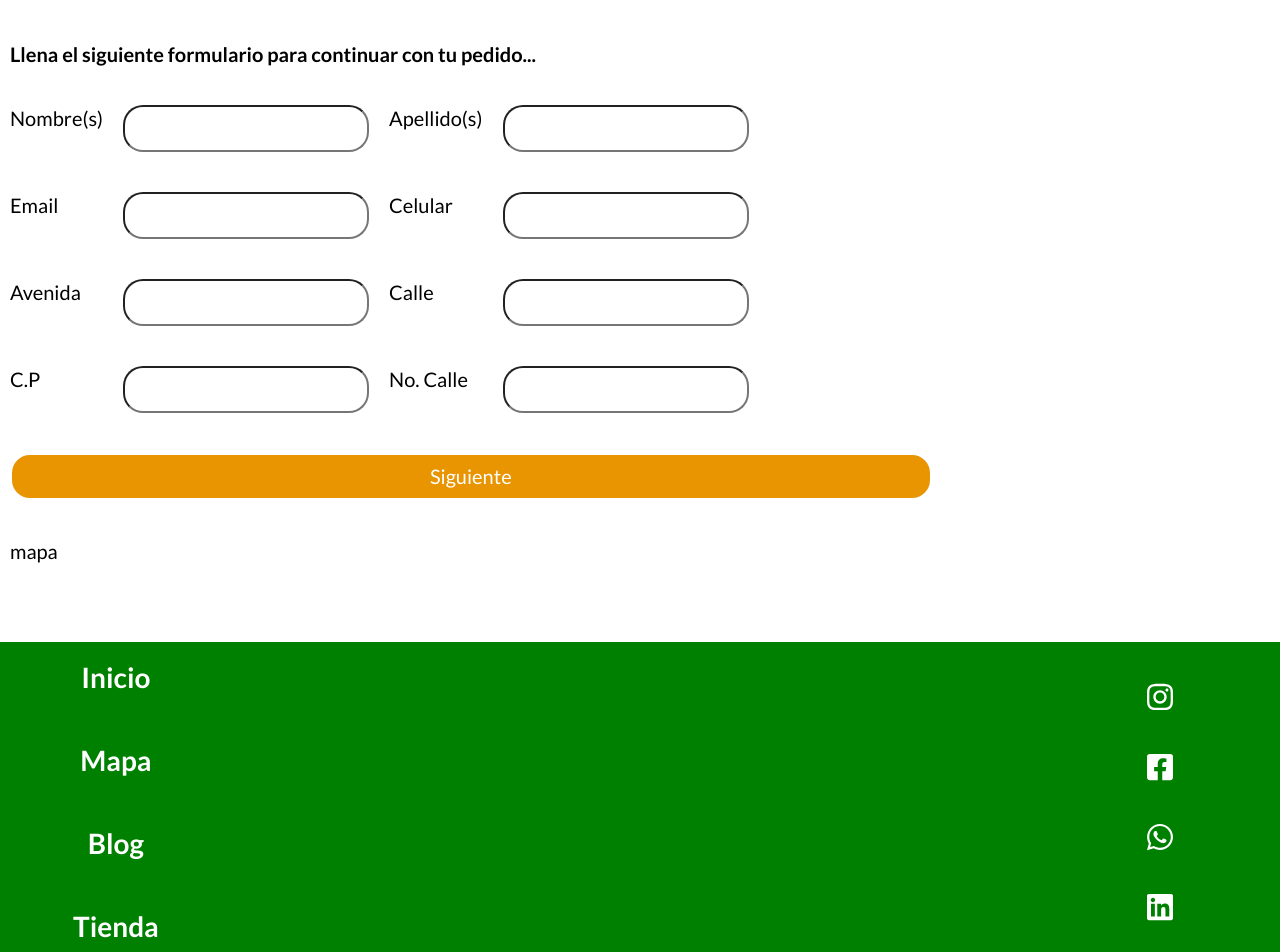
Repository: CarlosCamposRodriguez99/cv-beta-frontend
Page: /mapa
These files come from the project's save history. The page is drawn as it stood at one moment and after the next save; the edit follows.
The browser window is 1280 px wide. The pictures show the part of the page from y = 360 to 1312 px (the page is 1322 px tall).
Some web fonts or font styles are not loaded; a fallback is used. The project was rebuilt for these pictures with package versions that can differ from the ones it lists, and the page was loaded fresh each time. The framework's server and built-in components were replaced by stand-ins that run in the browser. Also part of the build but not shown: next.config.js.

Above is the page before, as saved 2022-05-06 18:29:47.

### pages/_app.js
import { useState, useEffect } from 'react';
import '../styles/normalize.css';
import '../styles/globals.css';

function MyApp({ Component, pageProps }) {

  const [carrito, setCarrito] = useState([]);

  useEffect(() => {
    const carritoLS = JSON.parse(localStorage.getItem('carrito')) ?? [];
    setCarrito(carritoLS);

  }, [])

  useEffect(() => {
    localStorage.setItem("carrito", JSON.stringify(carrito));

  }, [carrito])

  const agregarCarrito = (producto) => {
    if(carrito.some((articulo) => articulo.id === producto.id)) {
      const carritoActualizado = carrito.map( articulo => {
        if(articulo.id === producto.id) {
          articulo.cantidad = producto.cantidad
        }
        return articulo;
      });

      setCarrito(carritoActualizado);
    } else {
      setCarrito([...carrito, producto]);
    }
  };

  const actualizarCantidad = (producto) => {
    const carritoActualizado = carrito.map((articulo) => {
      if(articulo.id === producto.id) {
        articulo.cantidad = producto.cantidad
      }
      return articulo;
    });

    setCarrito(carritoActualizado);
  };

  const eliminarProducto = id => {
    const carritoActualizado = carrito.filter( articulo => articulo.id !== id)
    setCarrito(carritoActualizado);
  }


  return <Component {...pageProps}
    carrito={carrito}
    agregarCarrito={agregarCarrito}
    actualizarCantidad={actualizarCantidad}
    eliminarProducto={eliminarProducto}

  />
}

export default MyApp

### pages/mapa.js
import Layout from '../components/Layout';
import styles from '../styles/Mapa.module.css';

const Mapa = () => {
  return (
    <Layout
      pagina='Mapa'
    >
      <div className={styles.head}>
        <h2 className={styles.titulo}>Formulario</h2>
        <p className={styles.descripcion}>Llena el siguiente formulario para continuar con tu pedido...</p>
        <form>
          <div className={styles.contenido}>
            <label
              className="block uppercase text-slate-800 font-bold text-xl"
              htmlFor="nombre"
            >Nombre(s) </label>

              <input
                type="text"
                id="nombre"
                className={styles.borde}
              />

            <label
              className="block uppercase text-slate-800 font-bold text-xl"
              htmlFor="apellido"
            >Apellido(s) </label>

              <input
                type="text"
                id="apellido"
                className={styles.borde}
              />

            <label
              className="block uppercase text-slate-800 font-bold text-xl"
              htmlFor="email"
            >Email </label>

              <input
                type="text"
                id="email"
                className={styles.borde}
              />

            <label
              className="block uppercase text-slate-600 font-bold text-xl"
              htmlFor="celular"
            >Celular </label>

              <input
                type="text"
                id="celular"
                className={styles.borde}
              />

            <label
              className="block uppercase text-slate-600 font-bold text-xl"
              htmlFor="avenida"
            >Avenida</label>

              <input
                type="text"
                id="avenida"
                className={styles.borde}
              />

            <label
              className="block uppercase text-slate-600 font-bold text-xl"
              htmlFor="calle"
            >Calle </label>

              <input
                type="text"
                id="calle"
                className={styles.borde}
              />

            <label
              className="block uppercase text-slate-600 font-bold text-xl"
              htmlFor="codigoPostal"
            >C.P </label>

              <input
                type="text"
                id="codigoPostal"
                className={styles.borde}
              />

            <label
              className="block uppercase text-slate-600 font-bold text-xl"
              htmlFor="numeroCalle"
            >No. Calle </label>

              <input
                type="text"
                id="numeroCalle"
                className={styles.borde}
              />
          </div>
        </form>


        <div className={styles.campo}>
          <input
            value="Siguiente"
            className={styles.boton}
            type="submit"

          />
        </div>
      </div>

      <div className={styles.head}>
        <div className={styles.contenido}>
          <p>mapa</p>
        </div>

      </div>



    </Layout>


  )
}

export default Mapa;


// css-border: en input: "bg-gray-200 w-full lg:w-1/3 mt-3 p-2 rounded-md"

### styles/globals.css
@import url('https://fonts.googleapis.com/css2?family=Lato:ital,wght@0,700;1,400&family=Roboto+Slab:wght@400;700&display=swap');
@import url('https://fonts.googleapis.com/css2?family=Lato:wght@400;700;900&family=Libre+Bodoni:ital,wght@1,600;1,700&display=swap');

:root {
  --primary: #e99401;
  --negro: #262626;
  --verde: #008000;
  --blanco: #FFF;
  --fuente-principal: 'Outfit', sans-serif;
}
html {
  font-size: 62.5%;
  box-sizing: border-box;
}

@media(max-width:1200px) {
  html {
    display: flex;
    flex: 1;
  }
}
/*IPAD*/
@media(max-width:820px) {
  .html {
    display: flex;
  }
}
/*IPHONE 7 8 */
@media(min-width:300px) {
  .html {
    display: flex;
    flex: 1;
  }
}

*, *:before, *:after {
  box-sizing: inherit;
}
body {
  font-size: 2rem;
  font-family: 'Lato', sans-serif;
  line-height: 1.1;
}
img {
  max-width: 100%;
}
h1, h2, h3 {
  font-family: 'Lato', sans-serif;
  font-weight: 700;
}
[class*="contenedor"] {
  max-width: 120rem;
  margin: 0 auto;
  width: 90%;
}


[class*="heading"] {
  font-family: 'Libre Bodoni', serif; /* */
  font-size: 4rem;
  text-align: center;
  font-weight: 900;
  color: var(--primary);
  margin: 5rem 0;
}

### components/Layout.js
import Head from 'next/head'
import Header from './Header';
import Footer from './Footer';

const Layout = ({children, pagina, guitarra}) => {
  return (
    <div>
      <Head>
        <title>Plantas Tienda- {pagina}</title>
        <meta name="description" content="Sitio web de venta de plantas"/>
      </Head>

      <Header
        guitarra={guitarra}
      />

      {children}

      <Footer />

    </div>
  )
}

Layout.defaultProps = {
  guitarra: null
}

export default Layout;

### styles/Mapa.module.css
.titulo {
  font-family: 'Libre Bodoni', serif; /* */
  font-size: 4rem;
  text-align: center;
  font-weight: 900;
  color: var(--primary);
  margin: 5rem 0;
}

.descripcion {
  font-size: 2rem;
  font-weight: 700;
}

@media(min-width: 300px) {
  .descripcion {
    text-align: left;
  }
}

@media(min-width: 1200px) {
  .descripcion {
    text-align: left;
  }
}

.head {
  max-width: 120rem;
  margin: 2rem 2rem 0 1rem;
  width: 90%;
  display: grid;
}

.campo {
  width: 50%;
}

@media(min-width: 300px) {
  .campo {
    width: 100%;
    justify-content: center;
  }
}

@media(min-width: 1200px) {
  .campo {
    width: 40%;
  }
}

.boton {
  background-color: var(--primary);
  border: 2px solid #FFF;
  width: 200%;
  cursor: pointer;
  color: var(--blanco);
  justify-content: center;
  margin-top: 4rem;
  padding: 1rem;
  border-radius: 2rem;
  -webkit-border-radius: 2rem;
  -moz-border-radius: 2rem;
  -ms-border-radius: 2rem;
  -o-border-radius: 2rem;
}

.boton:hover {
  background-color: var(--negro);
  color: var(--blanco);
}

.borde {
  background-color: var(--blanco);
  margin-top: 2rem;
  padding: 1rem;
  border-radius: 2rem;
  -webkit-border-radius: 2rem;
  -moz-border-radius: 2rem;
  -ms-border-radius: 2rem;
  -o-border-radius: 2rem;
}

.contenido {
  display: grid;
  gap: 4rem;
  width: 50%;
}


/*aqui el mapa perro */
.campomapa {
    gap: 4rem;
    display: grid;
    align-items: center;
    width: 100%;
}


@media(min-width: 300px) {
  .contenido {
    gap: 4rem;
    display: grid;
    grid-template-columns: repeat(2, 1fr);
    align-items: center;
  }
}

@media(min-width: 820px) {
  .contenido {
    gap: 2rem;
    display: grid;
    width: 30%;
  }
}

@media(min-width:1200px) {
  .contenido {
    grid-template-columns: repeat(4, 1fr);
    align-items: center;
  }
}

### components/Header.js
import Link from 'next/link'
import Image from 'next/image'
import { useRouter } from 'next/router'
import styles from "../styles/Header.module.css"

const Header = ({guitarra}) => {
  const router = useRouter()
  return (
      <header className={styles.header}>
      <div className="contenedor">
        <div className={styles.barra}>
          <Link href="/">
            <a><Image
              width={100}
              height={100}
              src="/img/logo.png"
              layout='fixed'
              alt="Imagen logo" />
            </a>
          </Link>


          <nav className={styles.navegacion}>
            <Link href="/">Inicio</Link>
            <Link href="/mapa">Mapa</Link>
            <Link href="/blog">Blog</Link>
            <Link href="/tienda">Tienda</Link>
            <Link href="/carrito">
              <a>
                <Image layout="fixed" width={30} height={25} src="/img/carrito.png" alt="Imagen carrito"/>
              </a>
            </Link>
          </nav>
        </div>

        {guitarra && (
          <div className={styles.modelo}>
            <h1>Promoción Especial</h1>
            <p>{guitarra.descripcion}</p>
            <p className={styles.precio}>${guitarra.precio}</p>
            <Link href={`/guitarras/${guitarra.url}`}>
              <a className={styles.enlace}>
                  Ver Producto
              </a>
            </Link>
          </div>
        )}
      </div>

      {router.pathname === '/' && (
        <div className={styles.guitarra}>
          <Image layout='fixed' width={500} height={1200} src='/img/' alt='imagen planta header' />
        </div>
      )}


      </header>
  )
}

export default Header;

### components/Footer.js
import Link from 'next/link'
import styles from '../styles/Footer.module.css'

const Footer = () => {

  const year = new Date().getFullYear();

  return (
    <footer className={styles.footer}>
      <div className={`contenedor ${styles.contenido}`}>
          <nav className={styles.navegacion}>
            <Link href="/">Inicio</Link>
            <Link href="/mapa">Mapa</Link>
            <Link href="/blog">Blog</Link>
            <Link href="/tienda">Tienda</Link>
          </nav>


          <ul className={styles.ul}>
            <li className={styles.list}>
              <a
                className={styles.iconoInsta}
                href="https://www.instagram.com/"
              ></a>
              <a
                className={styles.iconoFace}
                href="https://www.facebook.com/"
              ></a>
              <a
                className={styles.iconoWhats}
                href="https://web.whatsapp.com/"
              ></a>
              <a
                className={styles.iconoLinke}
              ></a>
            </li>
          </ul>

      </div>
    </footer>
  )
}

export default Footer;

### styles/Header.module.css
.header {
  background-image: linear-gradient(to right, rgba(10, 20, 10, 0.7), rgba(10, 10, 10, 0.4)), url(../public/img/background3.jpg);
  background-size: cover;
  background-position: 50%;
  padding: 5rem 0;
  position: relative;
}

/*IPAD*/
@media(max-width:820px) {
  .html {
    flex: 1;
  }
}

/*IPHONE 6,7,8*/
@media(min-width:300px) {
  .html {
    display: flex;
    flex: 1;
  }
}

.barra {
  display: flex;
  flex-direction: column;
  align-items: center;
}
@media(min-width:400px) {
  .barra {
    margin-right: 6rem 3rem;
  }
}
@media(min-width:768px) {
  .barra {
    flex-direction: row;
    justify-content: space-between;
  }
}
.navegacion {
  margin-top: 5rem;
  display: flex;
  gap: 2rem;
  position: relative;
  z-index: 1;
}
@media(min-width:768px) {
  .navegacion {
    margin-top: 0;
  }
}
@media(min-width:300px) {
  .navegacion {
    margin: 4rem 0;
  }
}
.navegacion a {
  color: var(--blanco);
  text-decoration: none;
  font-size: 1.8rem;
  font-weight: 700;
  text-transform: uppercase;
  padding: .5rem;
  transition-property: background-color;
  transition-duration: .8s;
}
.navegacion a:hover {
  background-color: var(--primary);
}
.modelo {
  color: var(--blanco);
  margin-top: 5.2rem;
  text-align: center;
}
@media(min-width:768px) {
  .modelo {
    text-align: left;
    width: 50%;
  }
}

.modelo h1 {
  font-size: 5rem;
  font-weight: 600;
  color: var(--blanco);
  font-family: 'Libre Bodoni', serif;
}

.modelo p:first-of-type {
  display: -webkit-box;
  -webkit-box-orient: vertical;
  -webkit-line-clamp: 3;
  overflow: hidden;
  font-size: 2.2rem;
}
.precio {
  font-size: 6rem;
  color: var(--primary);
  font-weight: 900;
  line-height: 0;
}
.enlace {
  margin-top: 2rem;
  text-decoration: none;
  text-align: center;
  text-transform: uppercase;
  font-size: 1.2rem;
  font-weight: 900;
  color: var(--blanco);
  border: 2px solid var(--primary);
  padding: 1rem 5rem;
  transition-property: background-color;
  transition-duration: .5s;
}
.enlace:hover {
  background-color: var(--primary);
  color: var(--blanco);
}
.guitarra {
  display: none;
}
@media(min-width:992px) {
  .guitarra {
    display: block;
    position: absolute;
    right: 0;
    bottom: -10px;
    animation-name: mostrarImagen;
    animation-duration: 1s;
    animation-iteration-count: 2;
    animation-delay: 0s;
    animation-timing-function: ease-in-out;
  }
}

@keyframes mostrarImagen {
  0% {
    opacity: 0;
    transform: translateX(-10rem);
}
  50% {
    opacity: 0;
  }

  100% {
    opacity: 1;
    transform: translateX(0);
  }
}

### styles/Footer.module.css
.footer {
  background-color: var(--verde);
  padding: 2rem 1rem;
  margin-top: 6rem;
  display: flex;
}
@media(min-width:768px) {
  .contenido {
    display: flex;
    justify-content: space-between;
    gap: 4rem;
  }
}

.navegacion {
  display: flex;
  flex-direction: row;
  align-items: center;
}

@media(min-width: 768px) {
  .navegacion {
    flex-direction: row;
    gap: 6rem;
    justify-content: space-between;
  }
}
@media(min-width: 1200px) {
  .navegacion {
    display: flex;
    flex-direction: row;
    gap: 4rem;
  }
}
@media(min-width:640px) {
  .navegacion {
    flex-direction: column;
    gap: 2rem;
  }
}
@media(min-width:300px) {
  .navegacion {
    flex-direction: column;
    gap: 4rem;
  }
}
.navegacion a {
  text-decoration: none;
  font-size: 2.8rem;
  color: var(--blanco);
  font-weight: 700;
}

.navegacion a:hover {
  color: var(--primary);
}

.copyright {
  display: flex;
  flex-direction: row;
  align-items: center;
  color: var(--blanco);
  text-align: center;
  font-size: 2.5rem;
  font-weight: 500;
}
@media(min-width:1200px) {
  .copyright {
    flex-direction: column;
    align-items: center;
    text-align: center;
    font-size: 1em;
    font-weight: 100;
  }
}
@media(min-width:640px) {
  .copyright {
    flex-direction: column;
    align-items: center;
    text-align: center;
    font-size: 1em;
    font-weight: 100;
  }
}
.list {
  display: flex;
  gap: 4rem;
  flex-direction: column;
  align-items: center;
}
@media(min-width:1200px) {
  .list {
    flex-direction: column;
  }
}

.iconoInsta {
  background-image: url("../public/img/instagram-brands.svg");
  padding: 3rem;
  cursor: pointer;
  padding-bottom: 0;
  background-repeat: no-repeat;
}
.iconoFace {
  background-image: url("../public/img/facebook-square-brands.svg");
  padding: 3rem;
  cursor: pointer;
  padding-bottom: 0;
  background-repeat: no-repeat;
}
.iconoWhats {
  background-image: url("../public/img/whatsapp-brands.svg");
  padding: 3rem;
  cursor: pointer;
  padding-bottom: 0;
  background-repeat: no-repeat;
}
.iconoLinke {
  background-image: url("../public/img/linkedin-brands.svg");
  padding: 3rem;
  cursor: pointer;
  padding-bottom: 0;
  background-repeat: no-repeat;
}

Loaded but not shown: styles/normalize.css (library)

After the next save:
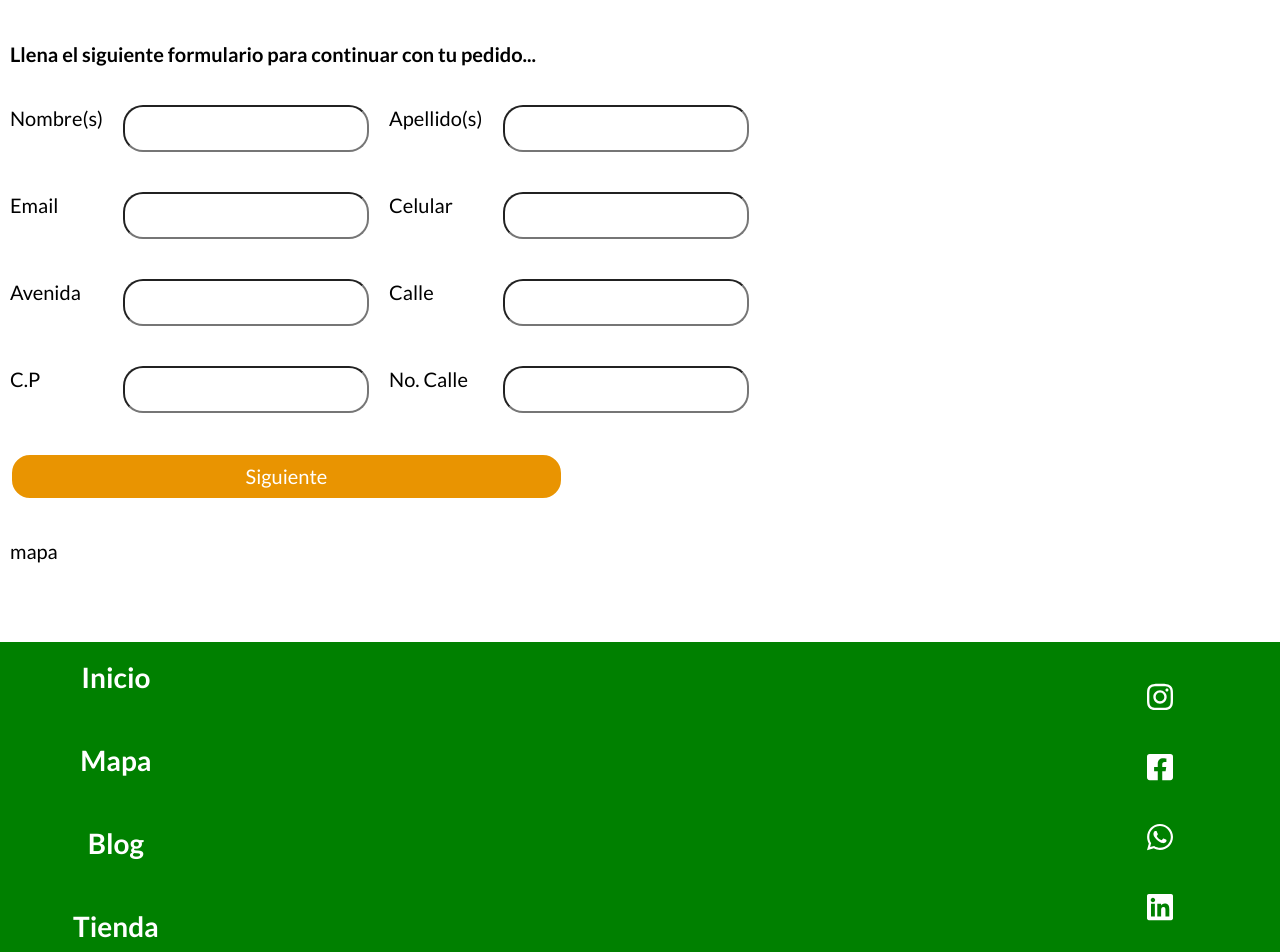
Saved 9 s later.
--- a/styles/Mapa.module.css
+++ b/styles/Mapa.module.css
@@ -51,7 +51,7 @@
 .boton {
   background-color: var(--primary);
   border: 2px solid #FFF;
-  width: 200%;
+  width: 120%;
   cursor: pointer;
   color: var(--blanco);
   justify-content: center;
